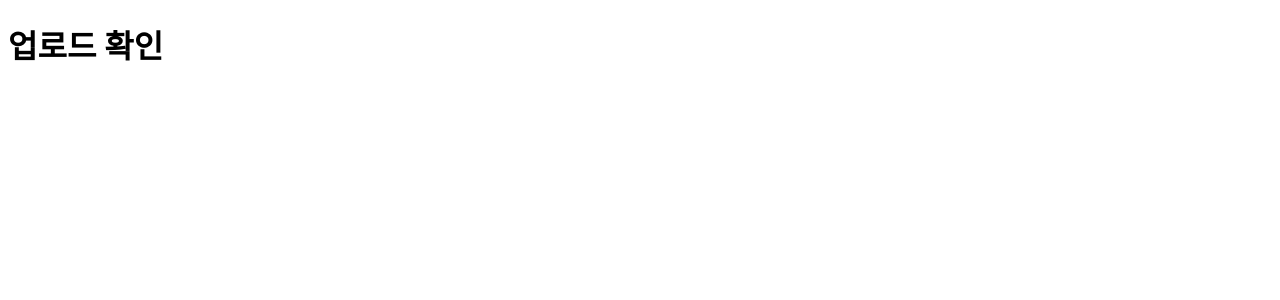
Repository: Jh1227/JSP
Page: http://localhost/11_File/fileUpload.jsp
The author's editor kept a copy of each file at every save. The page is drawn from the files as they stood at one save, then again after a run of saves.
The browser window is 1280 px wide. The pictures show the whole page.
The page is served by Tomcat 9.

Above is the page before, as saved 2023-04-06 01:44:32.

After the next 2 saves:
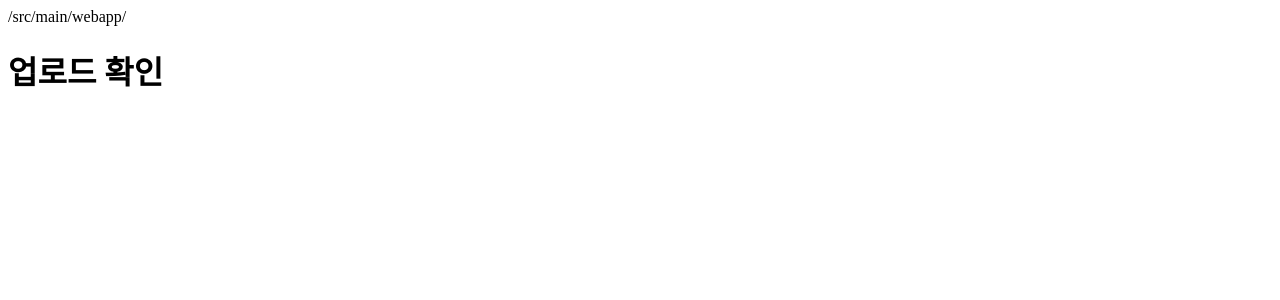
The 2 saves are shown as one change because 1 did not build or start.
The last was saved 103 s later.
--- a/11_File/src/main/webapp/fileUpload.jsp
+++ b/11_File/src/main/webapp/fileUpload.jsp
@@ -4,7 +4,9 @@
 <%@ page language="java" contentType="text/html; charset=UTF-8"
     pageEncoding="UTF-8"%>
 <%
-	request.setCharacterEncoding("utf-8");
+	// 실제 저장 폴더 경로
+	String realFolder = request.getServletContext().getRealPath("/");
+	out.println(realFolder);
 %>
 <!DOCTYPE html>
 <html>

After the save that followed:
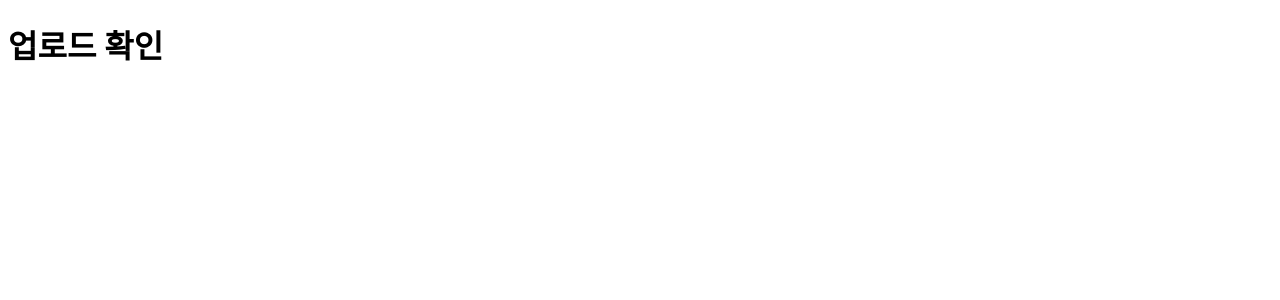
Saved 68 s later.
--- a/11_File/src/main/webapp/fileUpload.jsp
+++ b/11_File/src/main/webapp/fileUpload.jsp
@@ -5,8 +5,8 @@
     pageEncoding="UTF-8"%>
 <%
 	// 실제 저장 폴더 경로
-	String realFolder = request.getServletContext().getRealPath("/");
-	out.println(realFolder);
+	String realFolder = request.getServletContext().getRealPath("/storage");
+	//out.println(realFolder);
 %>
 <!DOCTYPE html>
 <html>
